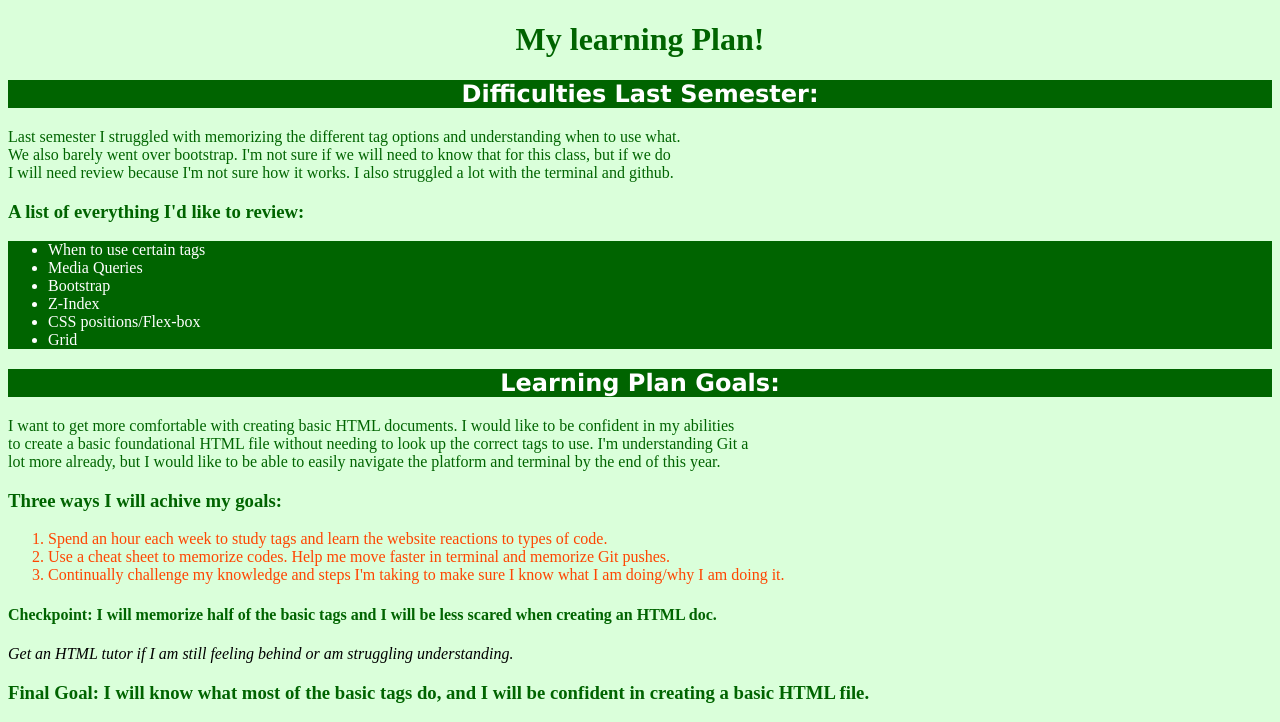
Repository: awollf/mdia-2109
Page: learning-plan.html
These files come from the project's save history. The page is drawn as it stood at one moment and after the next save; the edit follows.
The browser window is 1280 px wide. The pictures show the whole page.

Above is the page before, as saved 2026-02-02 11:28:53.

After the next save:
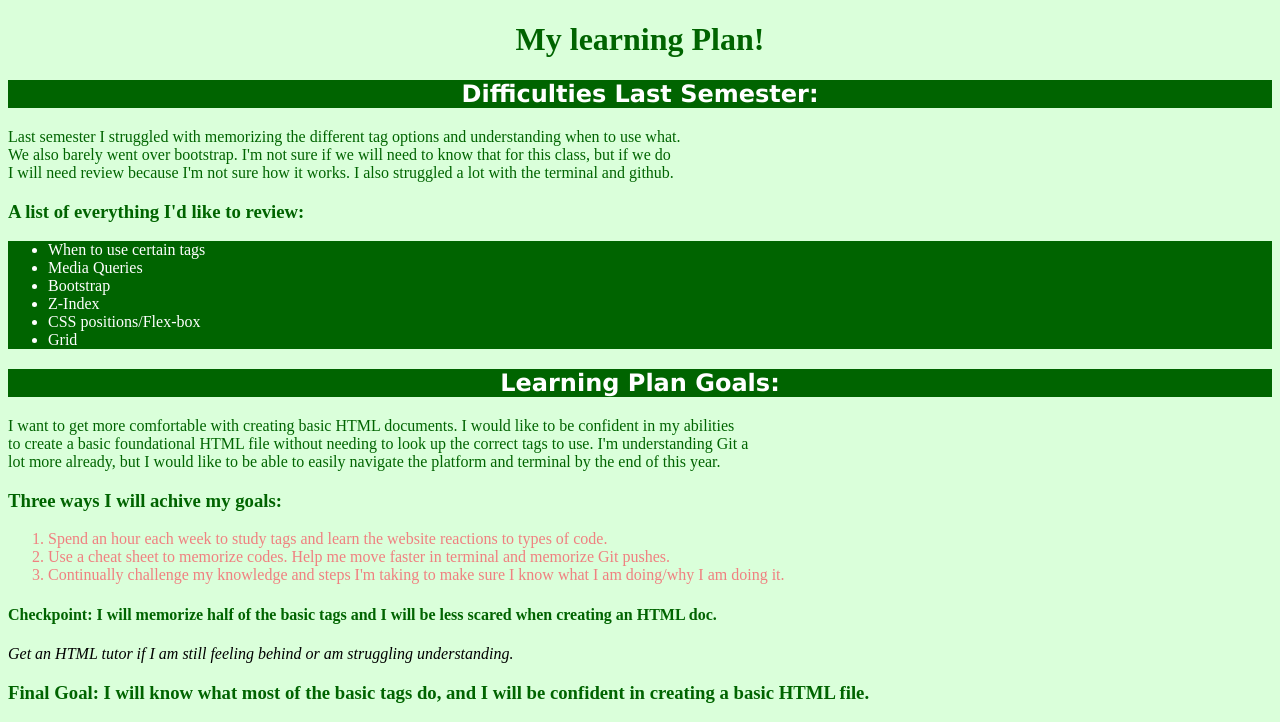
Saved 46 s later.
--- a/style.css
+++ b/style.css
@@ -38,7 +38,7 @@ ul {
 
 ol {
     text-align: left;
-    color: orangered;
+    color: lightcoral;
     font-family: Lucinda Sans Regular;
 }
 
